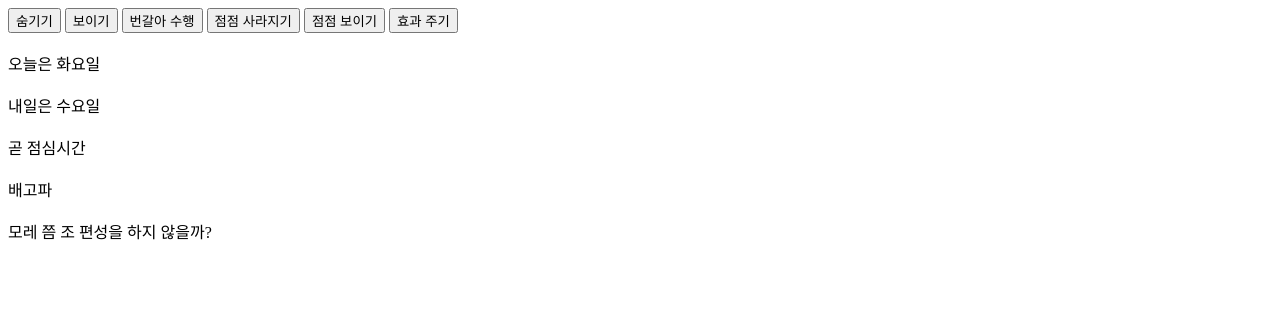
Repository: Shinhan1/shinhan
Page: http://localhost/web_goott/w20200324/jQueryEx12.jsp
These files come from the project's save history. The page is drawn as it stood at one moment and after the next save; the edit follows.
The browser window is 1280 px wide. The pictures show the whole page.
The page is served by Tomcat 9.

Above is the page before, as saved 2020-03-24 03:17:05.

After the next save:
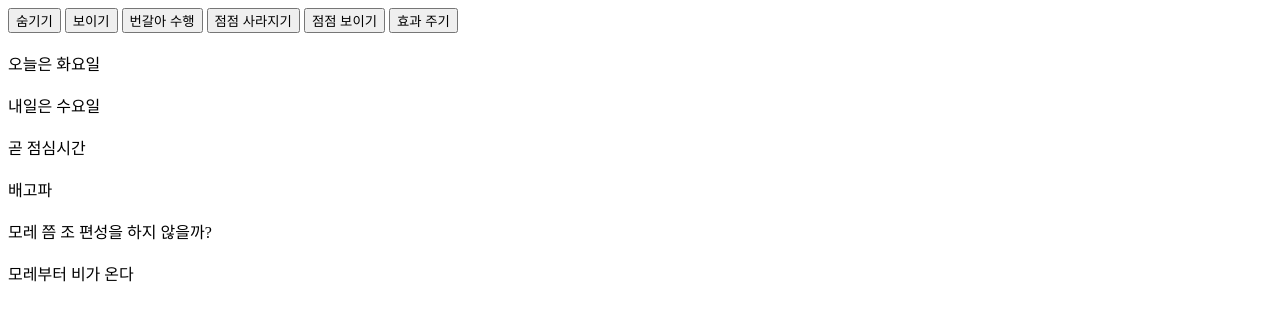
Saved 78 s later.
--- a/web_goott/WebContent/w20200324/jQueryEx12.jsp
+++ b/web_goott/WebContent/w20200324/jQueryEx12.jsp
@@ -21,6 +21,8 @@
 		곧 점심시간 <br /><br />
 		배고파 <br /><br />
 		모레 쯤 조 편성을 하지 않을까?<br /><br />
+		모레부터 비가 온다<br /><br />
+
 
 	</div>
 
